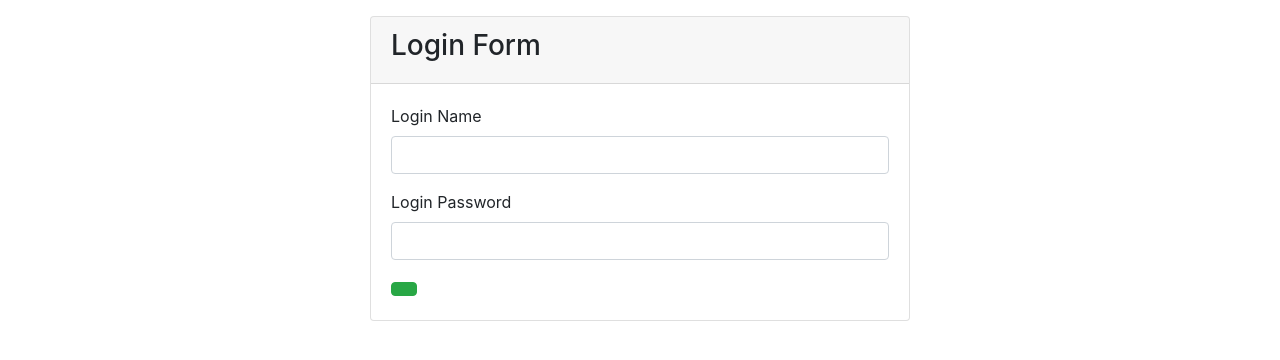
Repository: HsuMon123/Testing-Java-EE
Page: http://localhost/02-hello-servlet/
An editor plug-in stored every save of this project. The page is shown before and after the next save, followed by the edit.
The browser window is 1280 px wide. The pictures show the whole page.
The page is served by Tomcat 9.

Above is the page before, as saved 2020-12-15 07:18:59.

After the next save:
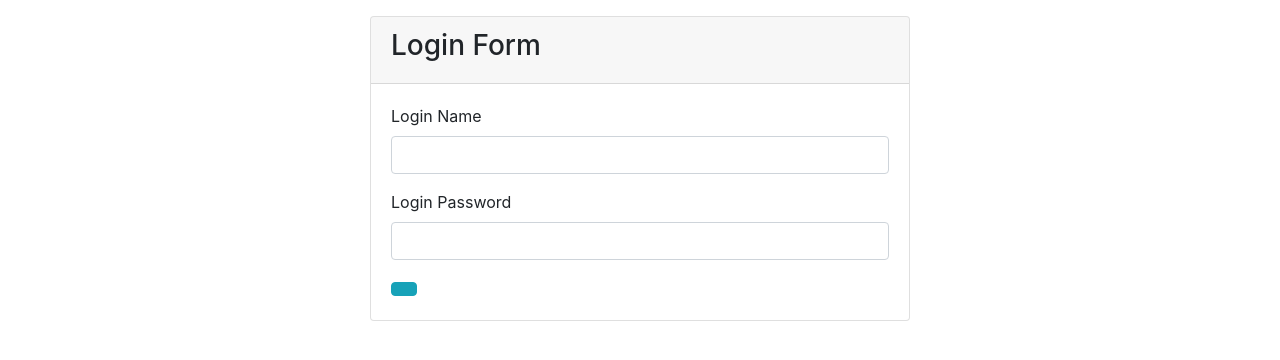
Saved 9 s later.
--- a/02-hello-servlet/src/main/webapp/index.jsp
+++ b/02-hello-servlet/src/main/webapp/index.jsp
@@ -28,7 +28,7 @@
 							<label for="">Login Password</label>
 							<input type="password" name="upass" class="form-control" />
 						</div>
-						<button type="submit" class="btn btn-success"></button>
+						<button type="submit" class="btn btn-info"></button>
 					</form>
 				</div>
 			</div>
